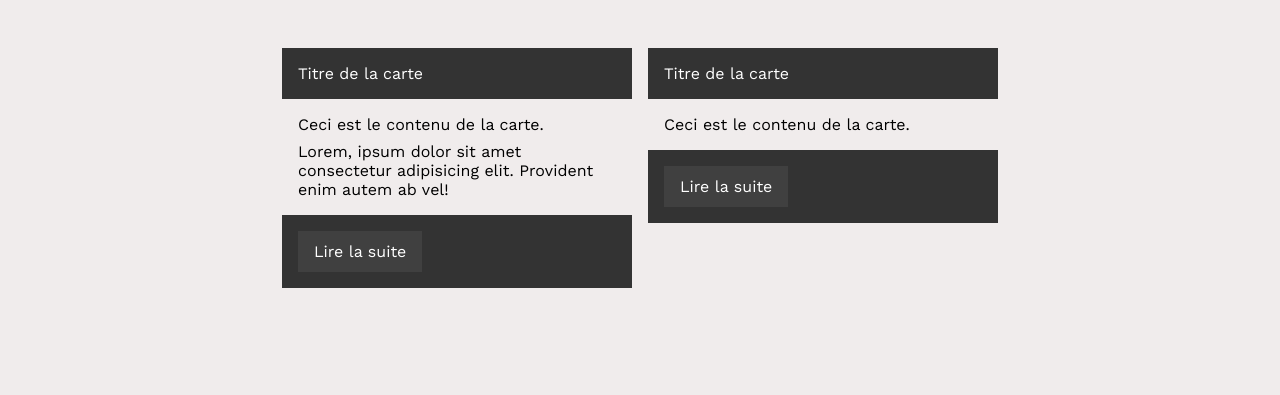
Repository: b3no1t/SASS--the-beginning
Page: exercices/cards/index.html
These files come from the project's save history. The page is drawn as it stood at one moment and after the next save; the edit follows.
The browser window is 1280 px wide. The pictures show the whole page.

Above is the page before, as saved 2025-02-03 11:08:12.

After the next save:
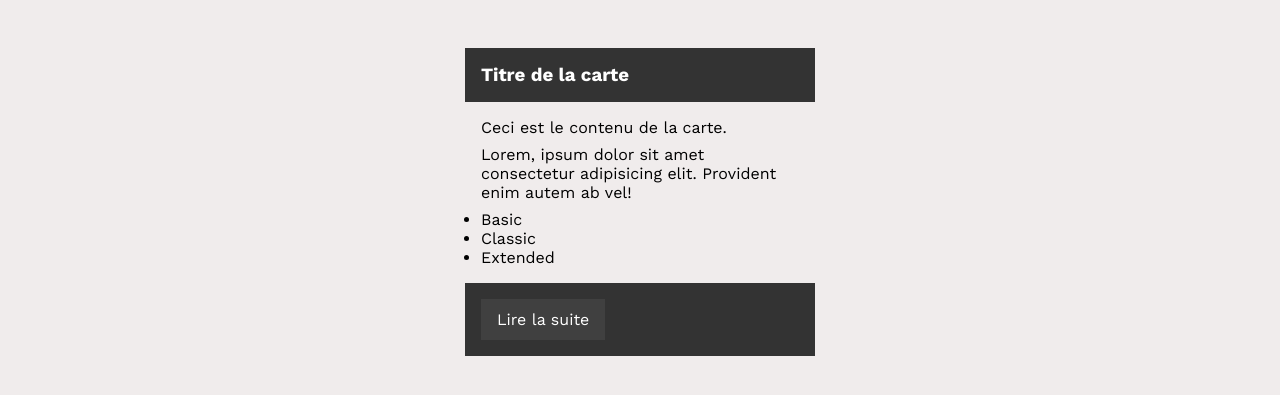
Saved 4 h 36 min later.
--- a/exercices/cards/index.html
+++ b/exercices/cards/index.html
@@ -4,43 +4,33 @@
     <meta charset="UTF-8" />
     <meta name="viewport" content="width=device-width, initial-scale=1.0" />
     <meta name="author" content="Benoit Lepage" />
-    <link rel="stylesheet" href="./assets/styles/main-prod.css">
+    <link rel="stylesheet" href="./assets/styles/main-prod.css" />
     <title>Cards, a combination of BEM and SASS</title>
   </head>
   <body>
-<div class="cards">
+    <div class="cards">
+      <div class="card">
+        <div class="card__header">
+          <h3>Titre de la carte</h3>
+        </div>
+        <div class="card__body">
+          <p>Ceci est le contenu de la carte.</p>
+          <p>
+            Lorem, ipsum dolor sit amet consectetur adipisicing elit. Provident
+            enim autem ab vel!
+          </p>
+          <ul class="card__list">
+            <li class="card__list__item">Basic</li>
+            <li class="card__list__item">Classic</li>
+            <li class="card__list__item">Extended</li>
+          </ul>
+        </div>
 
-    <div class="card">
-      <div class="card__header">
-        Titre de la carte
-      </div>
-      <div class="card__body">
-       <p> Ceci est le contenu de la carte.</p>
-
-        <p>Lorem, ipsum dolor sit amet consectetur adipisicing elit. Provident enim autem ab vel!</p>
+        <div class="card__footer">
+          <a class="card__button" href="#"> Lire la suite </a>
+        </div>
       </div>
 
-      <div class="card__footer">
-        <a class="card__button" href="#">
-          Lire la suite
-        </a>
-      </div>
     </div>
-
-    <div class="card">
-      <div class="card__header">
-        Titre de la carte
-      </div>
-      <div class="card__body">
-        Ceci est le contenu de la carte.
-      </div>
-      <div class="card__footer">
-        <a class="card__button" href="#">
-          Lire la suite
-        </a>
-      </div>
-    </div>
-
-  </div>
   </body>
 </html>
